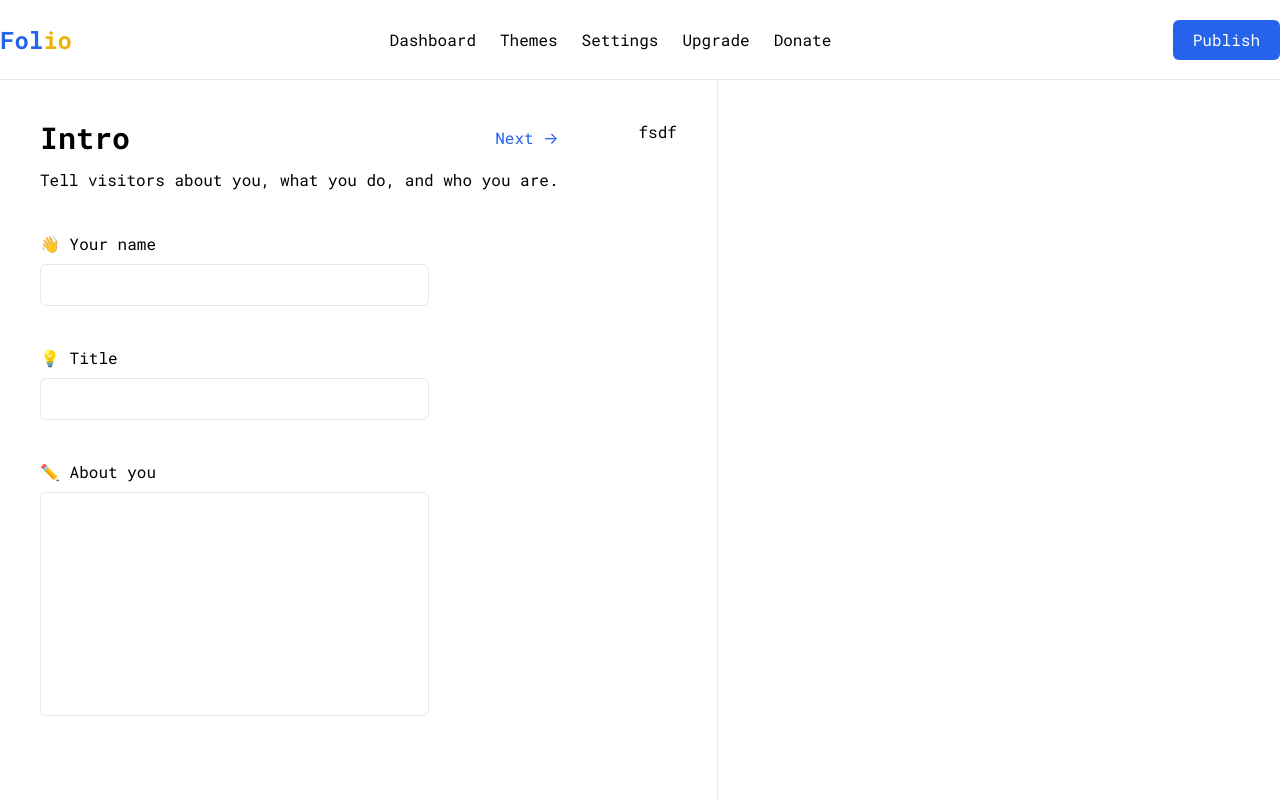
Repository: langford-dev/follio
Page: /
An editor plug-in stored every save of this project. The page is shown before and after a run of saves, followed by the edit.
The browser window is 1280 px wide. The pictures show the whole page.
The project was rebuilt for these pictures with package versions that can differ from the ones it lists, and the page was loaded fresh each time. The framework's server and built-in components were replaced by stand-ins that run in the browser. Also part of the build but not shown: next.config.js, components/views/skillsView.js, components/views/socialsView.js.

Above is the page before, as saved 2022-03-19 12:06:59.

After the next 2 saves:
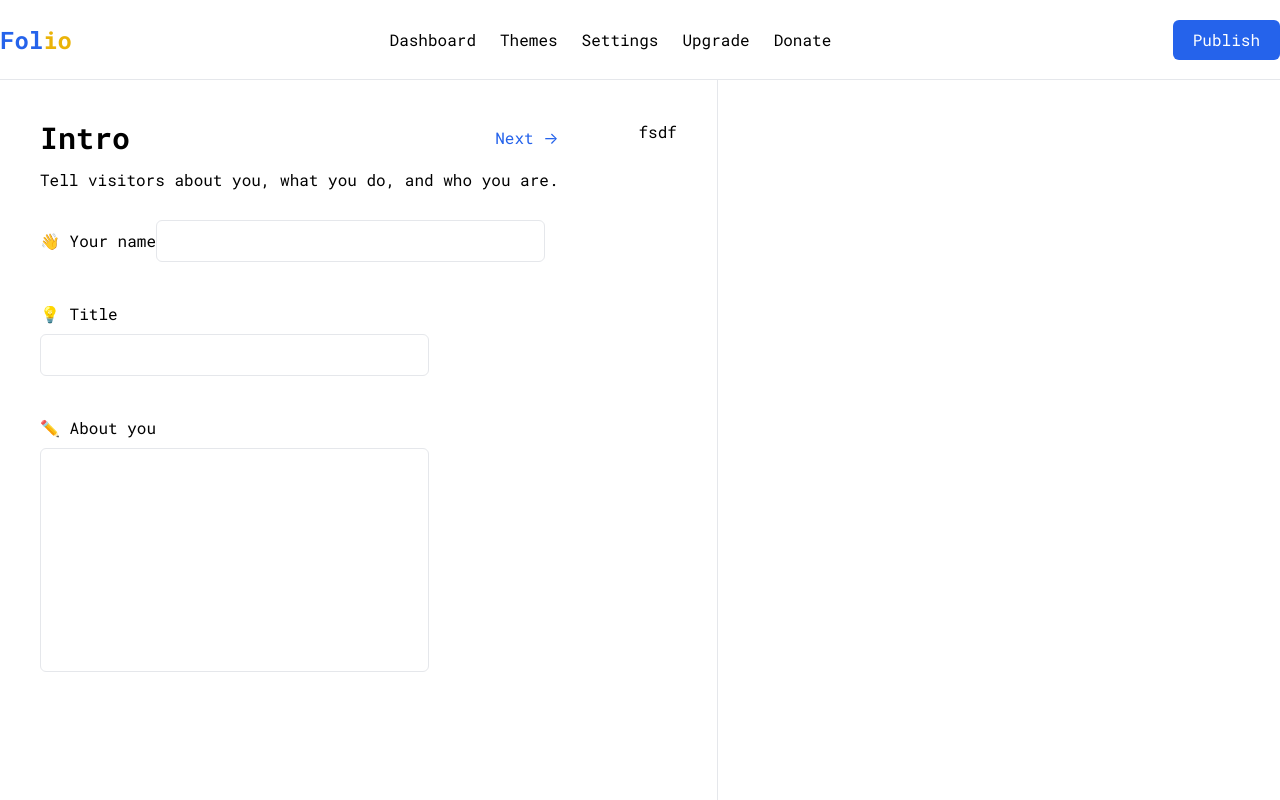
The 2 saves are shown as one change because they came seconds apart.
The last was saved 13 s later.
--- a/components/views/introView.js
+++ b/components/views/introView.js
@@ -5,7 +5,7 @@
     return <div className={styles.editingView}>
         <ViewTitle title="Intro" subtitle="Tell visitors about you, what you do, and who you are." />
 
-        <div className={styles.inputContainer}>
+        <div className={styles.in}>
             <label className={styles.label}>👋 Your name</label>
             <input type="text" className={styles.input} />
         </div>

After the save that followed:
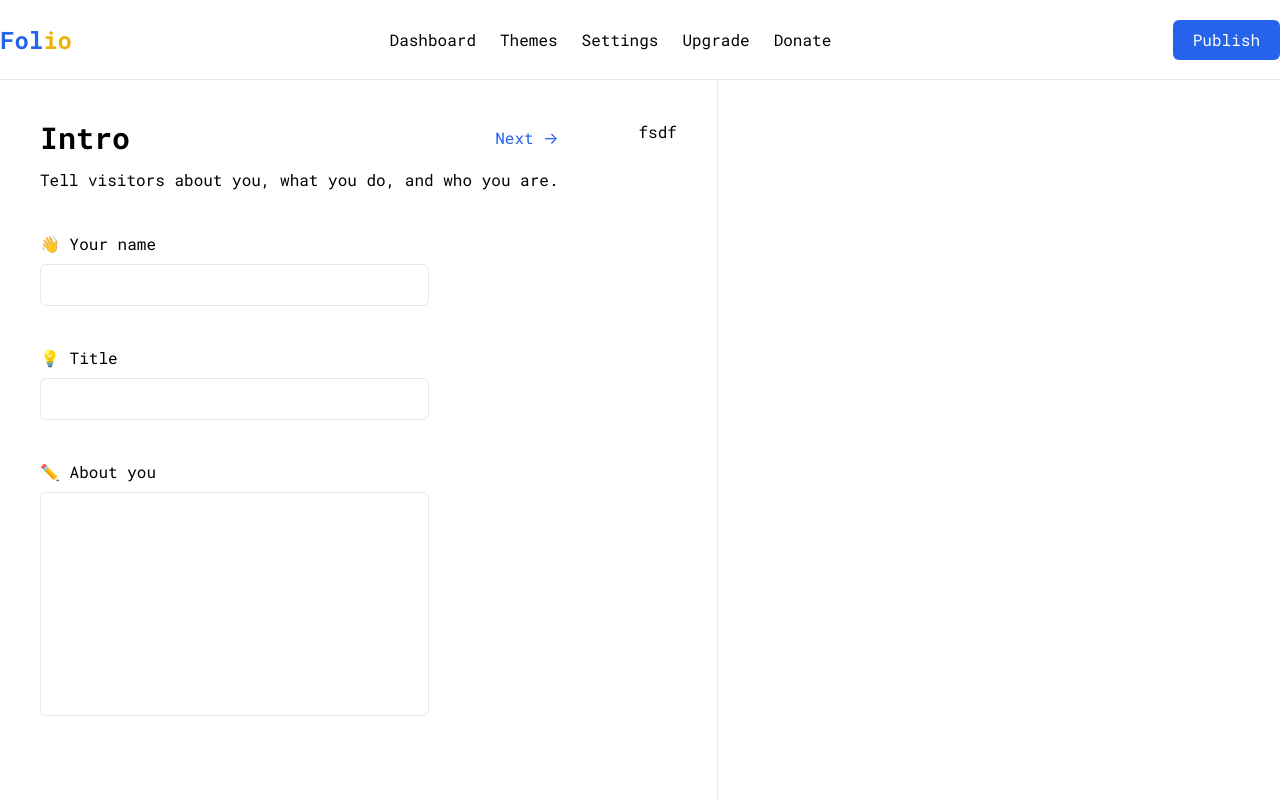
Saved 4 s later.
--- a/components/views/introView.js
+++ b/components/views/introView.js
@@ -5,7 +5,7 @@
     return <div className={styles.editingView}>
         <ViewTitle title="Intro" subtitle="Tell visitors about you, what you do, and who you are." />
 
-        <div className={styles.in}>
+        <div className={styles.inputContainer}>
             <label className={styles.label}>👋 Your name</label>
             <input type="text" className={styles.input} />
         </div>
